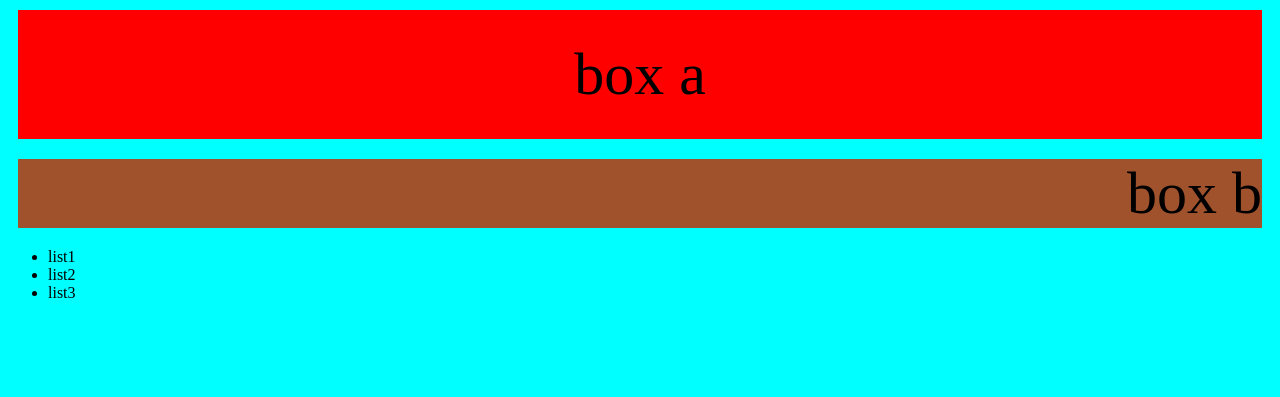
Repository: asifdotpy/testing-html-and-css
Page: index.html
These files come from the project's save history. The page is drawn as it stood at one moment and after a run of saves; the edit follows.
The browser window is 1280 px wide. The pictures show the whole page.

Above is the page before, as saved 2021-02-14 12:45:49.

After the next 4 saves:
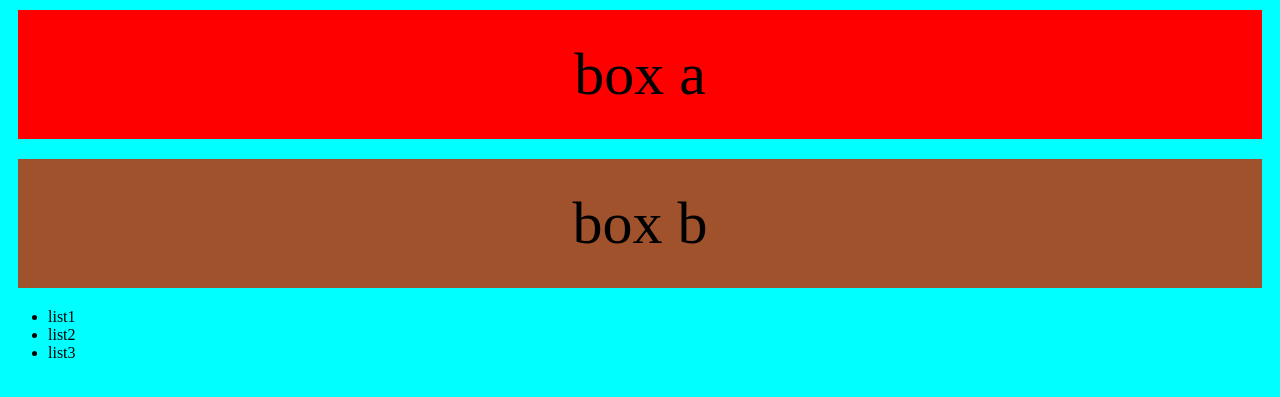
The 4 saves are shown as one change because they came seconds apart.
The last was saved 66 s later.
--- a/main.css
+++ b/main.css
@@ -14,5 +14,6 @@ div.b {
     font-size: 60px;
     margin: 10px 10px 20px;
     background-color: sienna;
-    text-align: end;
+    text-align: center;
+    padding: 30px;
 }
